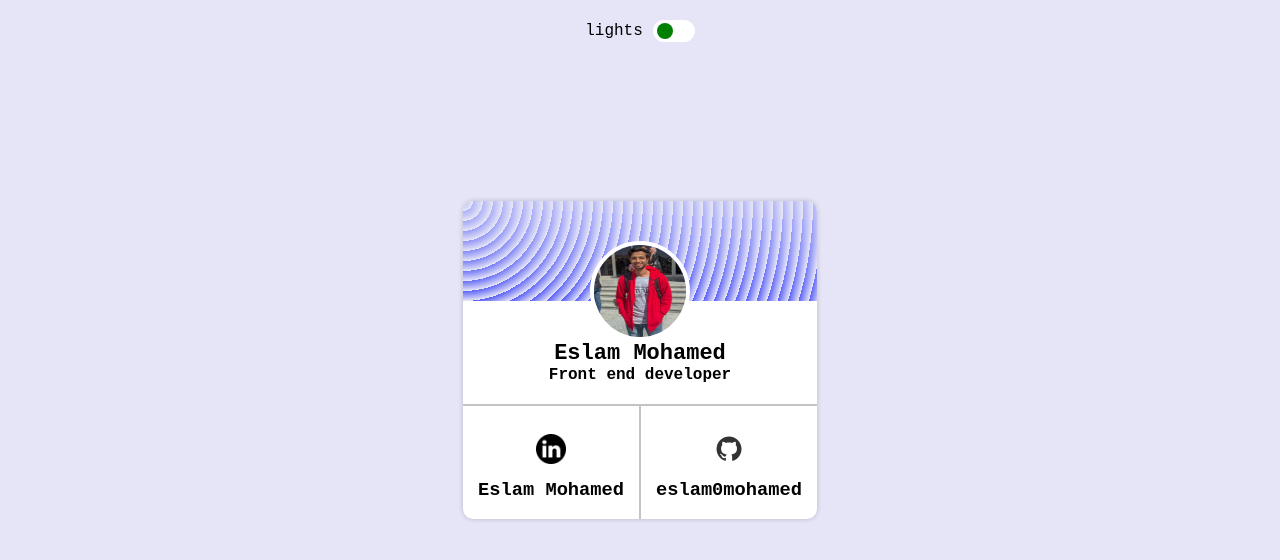
Repository: Eslam0Mohamed/profile-card-component
Page: index.html
An editor plug-in stored every save of this project. The page is shown before and after the next save, followed by the edit.
The browser window is 1280 px wide. The pictures show the whole page.
The first `.lights-input` is checked.

Above is the page before, as saved 2024-07-25 19:23:58.

After the next save:
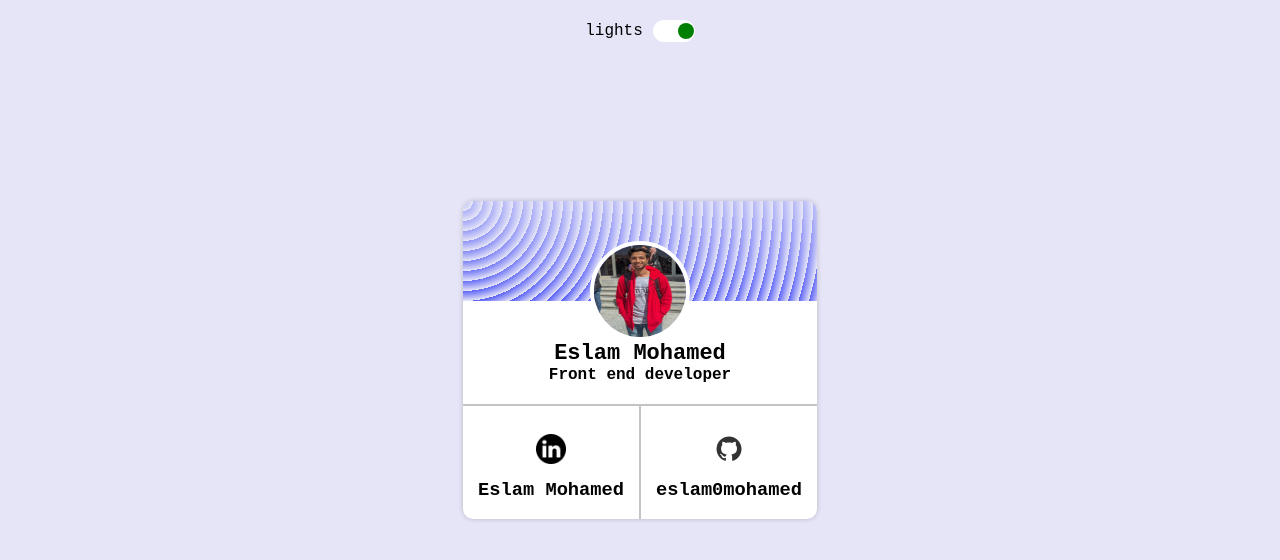
Saved 8 s later.
--- a/style.css
+++ b/style.css
@@ -85,7 +85,7 @@ display: none;
     background-color: #fff;
 }
 .lights-input:checked ~ .lights-label::after{
-    transform: translateX();
+    transform: translateX(2.1rem);
     background-color: green;
 }
 
